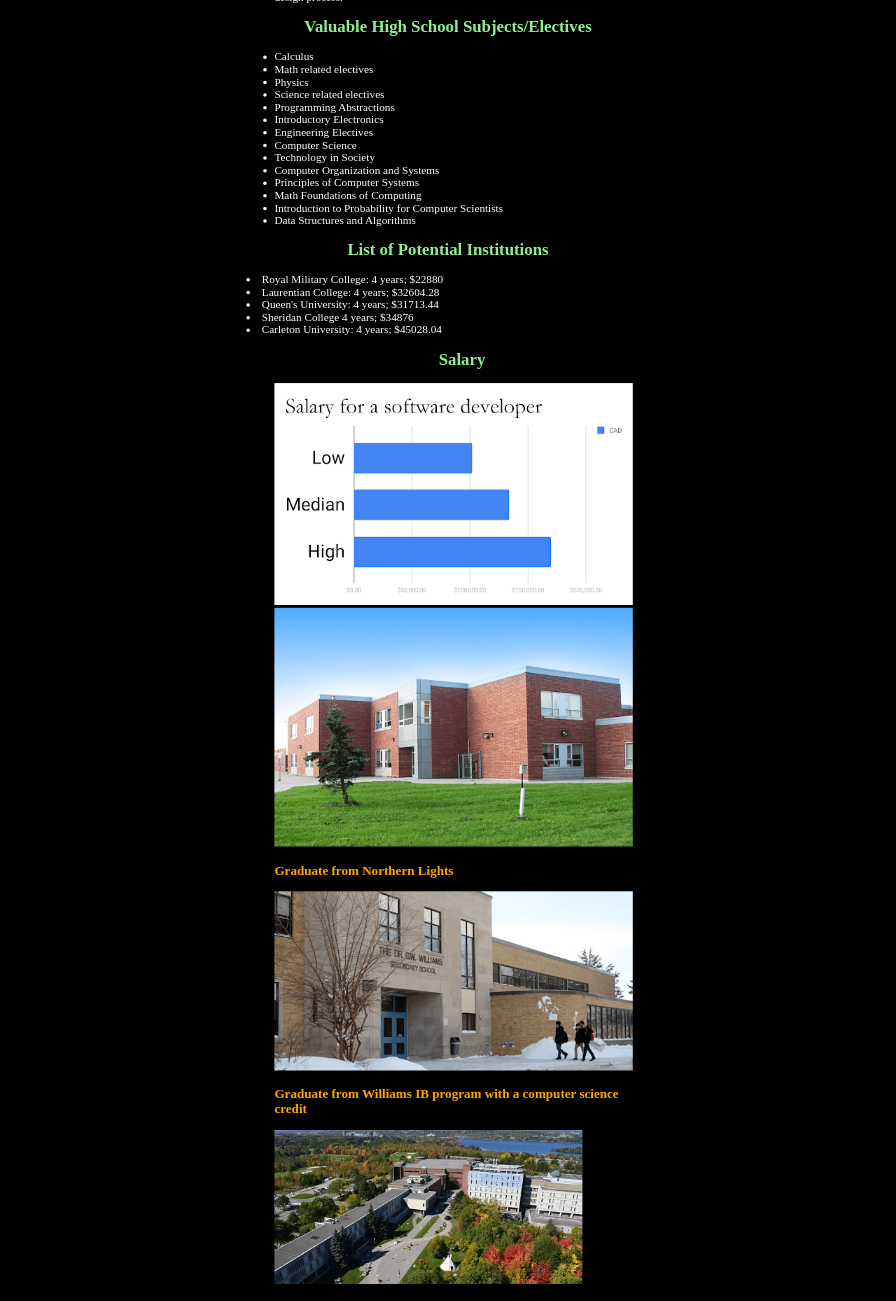
Repository: soerik/1soerik.github.io
Page: index.html
The author's editor kept a record of every edit. The page is drawn from the files as they stood at one moment, then again after the next edit.
The browser window is 1280 px wide. The pictures show the part of the page from y = 1175 to 3095 px (the page is 3033 px tall before and 3095 px after), at 70% of full size.

Above is the page before.

### index.html
<!DOCTYPE html>
<html>
<head>
    <title>Software Developer</title>
    <link rel="stylesheet" href="style.css" type="text/css" />
    <meta name="viewport" content="width=device-width, initial-scale=1">
</head>

<body>

<h1>Software Developer</h1>
<img src="code-min.jpg"></img>

<p>A computer software engineer takes computer
science, engineering and mathematics, to create
computer softwares. They create programs that
run electronic devices. An example of a software
is a calculator app on a phone. Someone has to
write all the code that makes the calculator
function, and make the calculator do one thing
when you press something, and something else
when you press something else. It is a lot to
do, and it is usually done by a team. Clients
contact the developer on what they need, whether
it's a website or something else, and the
developer and his/her team create it online.
Code is the building blocks of everything
online. Software developers don't
only write code though. They also design, test
and maintain the code. Software developers
need to create an appealing online platform
for the client. They also need to test the
platform to make sure it works, and make sure
nothing ever breaks overtime. Your workplace
would probably be an office space with a computer
to type the code. Or, your group can work
together and brainstorm ideas while in the
same place, or electronically.
</p>

<table>
    <tr>
        <td>Pros</td>
        <td>Cons</td>
    </tr>
    <tr>
        <td>All online</td>
        <td>Staying in one postition</td>
    </tr>
    <tr>
        <td>Can work at home</td>
        <td>Can be stressful</td>
    </tr>
    <tr>
        <td>No strict hours</td>
        <td>Technology changes</td>
    </tr>
    <tr>
        <td>Can work anytime</td>
        <td>No pay for overtime</td>
    </tr>
    <tr>
        <td>Good pay</td>
        <td>Very complex</td>
    </tr>
</table>

<h2>Skill sets needed for this job</h2>
<ul>
    <li>Analytical skills. Developers must analyze users’ needs and
    then design software to meet those needs.</li>
<li>Communication skills. Developers must be able to give clear
instructions to others working on a project.</li>
<li>Computer skills. Developers must understand computer capabilities
and languages in order to design effective software.</li>
<li>Creativity. Developers are the creative minds behind new
computer software.</li>
<li>Customer-service skills. Some developers must be able to
explain to their customers how the software works and answer
any questions that arise.</li>
<li>Detail oriented. Developers often work on many parts of an
application or system at the same time and must be able to
concentrate and pay attention to detail.</li>
<li>Interpersonal skills. Software developers must be able to work
well with others who contribute to designing, developing, and
programming successful software.</li>
<li>Problem-solving skills. Because developers are in charge of the
software from beginning to end, they must be able to solve
problems that arise throughout the design process.</li>



</ul>

<h2>Valuable High School Subjects/Electives</h2>

<ul>
    <li>Calculus</li>
    <li>Math related electives</li>
    <li>Physics</li>
    <li>Science related electives</li>
    <li>Programming Abstractions</li>
    <li>Introductory Electronics</li>
    <li>Engineering Electives</li>
    <li>Computer Science</li>
    <li>Technology in Society</li>
    <li>Computer Organization and Systems</li>
    <li>Principles of Computer Systems</li>
    <li>Math Foundations of Computing</li>
    <li>Introduction to Probability for Computer Scientists</li>
    <li>Data Structures and Algorithms</li>
 </ul>

<h2>List of Potential Institutions</h2>
<li>Royal Military College:
4 years; $22880</li>
<li>Laurentian College:
4 years; $32604.28</li>
<li>Queen's University:
4 years; $31713.44</li>
<li>Sheridan College
4 years; $34876</li>
<li>Carleton University:
4 years; $45028.04</li>
<ul>

<h2>Salary</h2>
<img src="Salary Graph-min.png"></img>

<img src="Northern Lights-min.png"></img>
<h3>Graduate from Northern Lights</h3>
<img src="Williams-min.png"></img>
<h3>Graduate from Williams IB program with a computer science credit</h3>
<img src="Laurentian-min.png"></img>
<h3></h3>
</body>
</html>

Loaded but not shown: style.css (common file)

After the next edit:
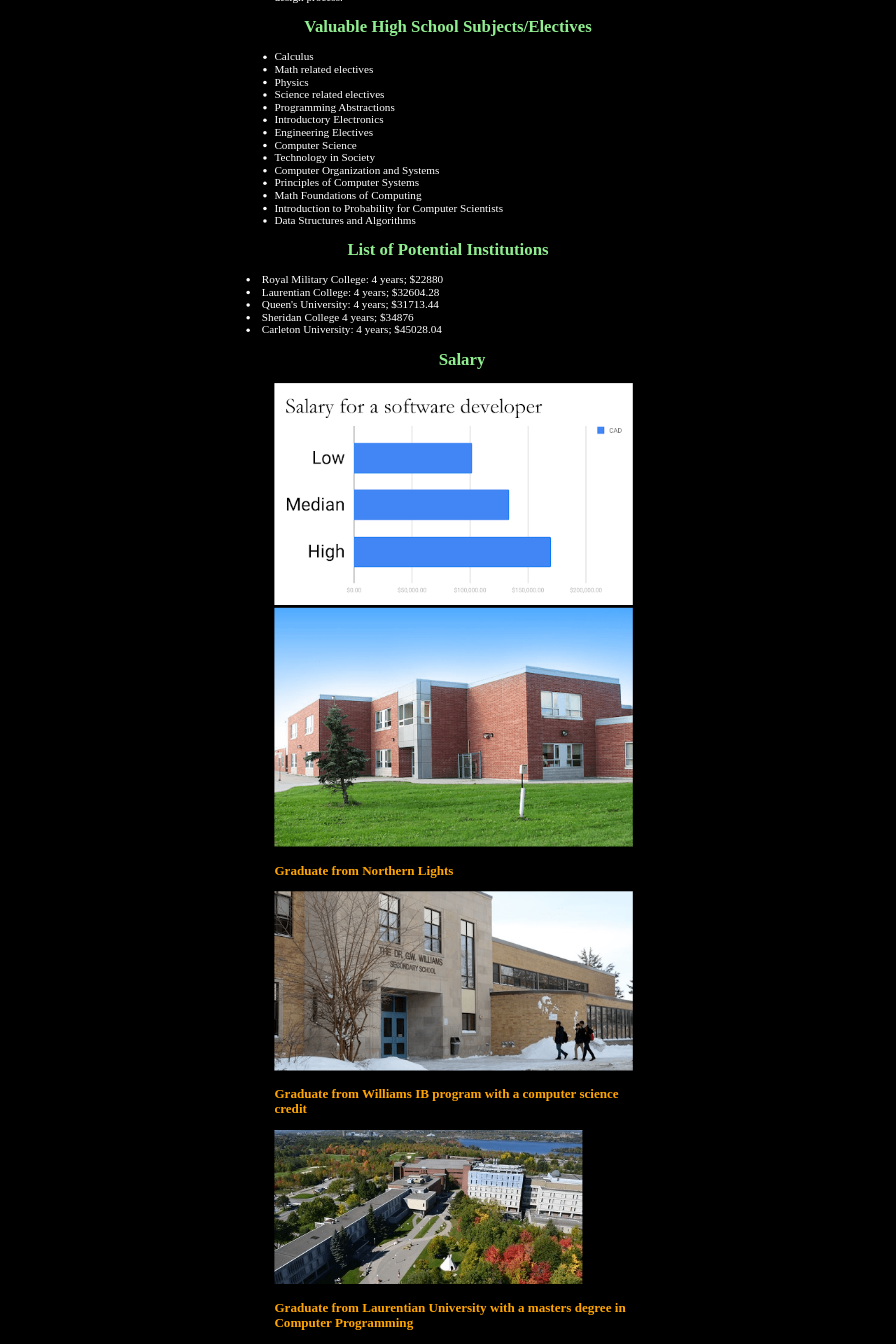
The edit:
--- a/index.html
+++ b/index.html
@@ -132,6 +132,6 @@
 <img src="Williams-min.png"></img>
 <h3>Graduate from Williams IB program with a computer science credit</h3>
 <img src="Laurentian-min.png"></img>
-<h3></h3>
+<h3>Graduate from Laurentian University with a masters degree in Computer Programming</h3>
 </body>
 </html>
